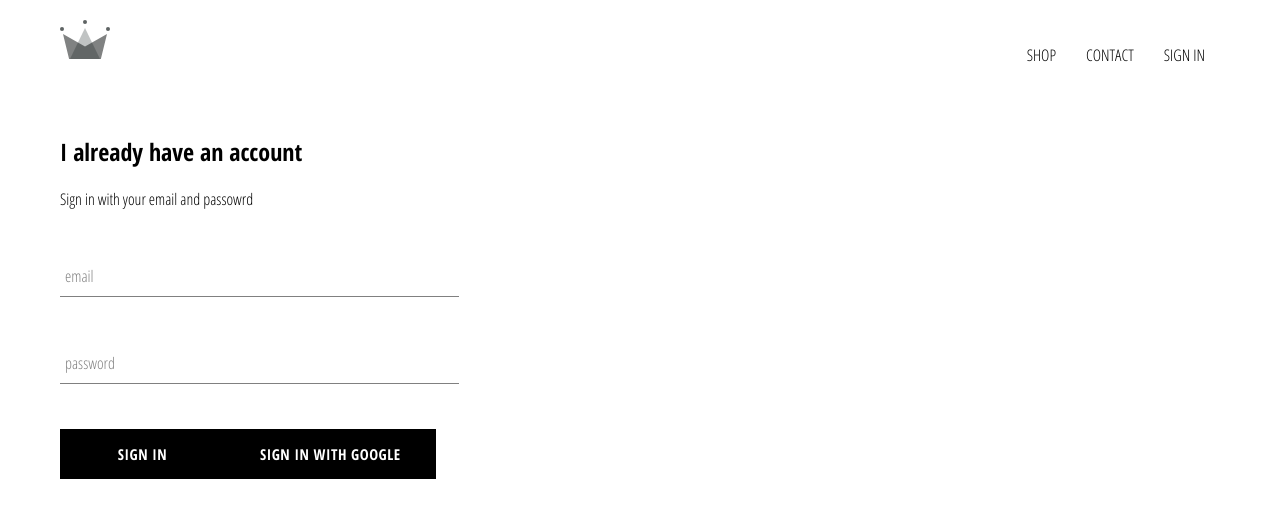
Repository: yurirech/crwn-clothing
Page: /signin
The author's editor kept a copy of each file at every save. The page is drawn from the files as they stood at one save, then again after a run of saves.
The browser window is 1280 px wide. The pictures show the whole page.
The project was rebuilt for these pictures with package versions that can differ from the ones it lists, and the page was loaded fresh each time. Also part of the build but not shown: src/pages/homepage/homepage.style.scss, src/components/directory/directory.styles.scss, src/components/menu-item/menu-item.styles.scss, src/components/menu-item/menu-item.component.jsx, src/components/directory/directory.component.jsx, src/pages/homepage/homepage.component.jsx, src/pages/shop/shop.data.js, src/components/collection-preview/collection-preview.styles.scss and 4 more.

Above is the page before, as saved 2020-05-28 08:45:19.

After the next 3 saves:
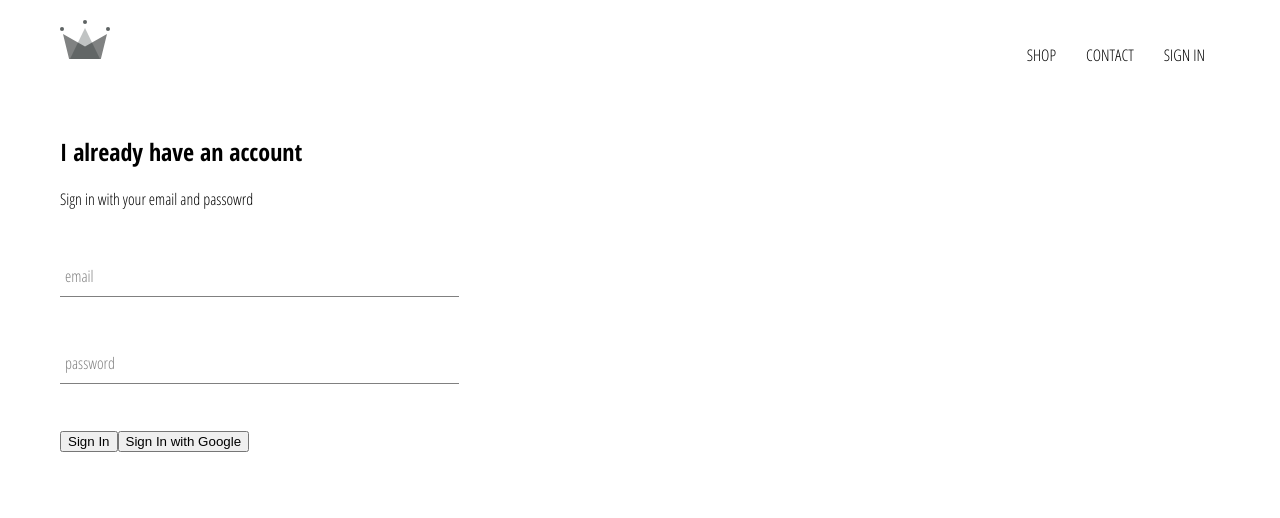
The 3 saves are shown as one change because they came seconds apart.
The last was saved 14 s later.
--- a/src/components/custom-button/custom-button.component.jsx
+++ b/src/components/custom-button/custom-button.component.jsx
@@ -3,7 +3,7 @@ import React from 'react';
 import './custom-button.styles.scss'
 
 const CustomButton = ({children, ...otherProps}) => (
-  <button className={"custom-button"} {...otherProps}>
+  <button className={`"custom-button"`} {...otherProps}>
     {children}
   </button>
 );
